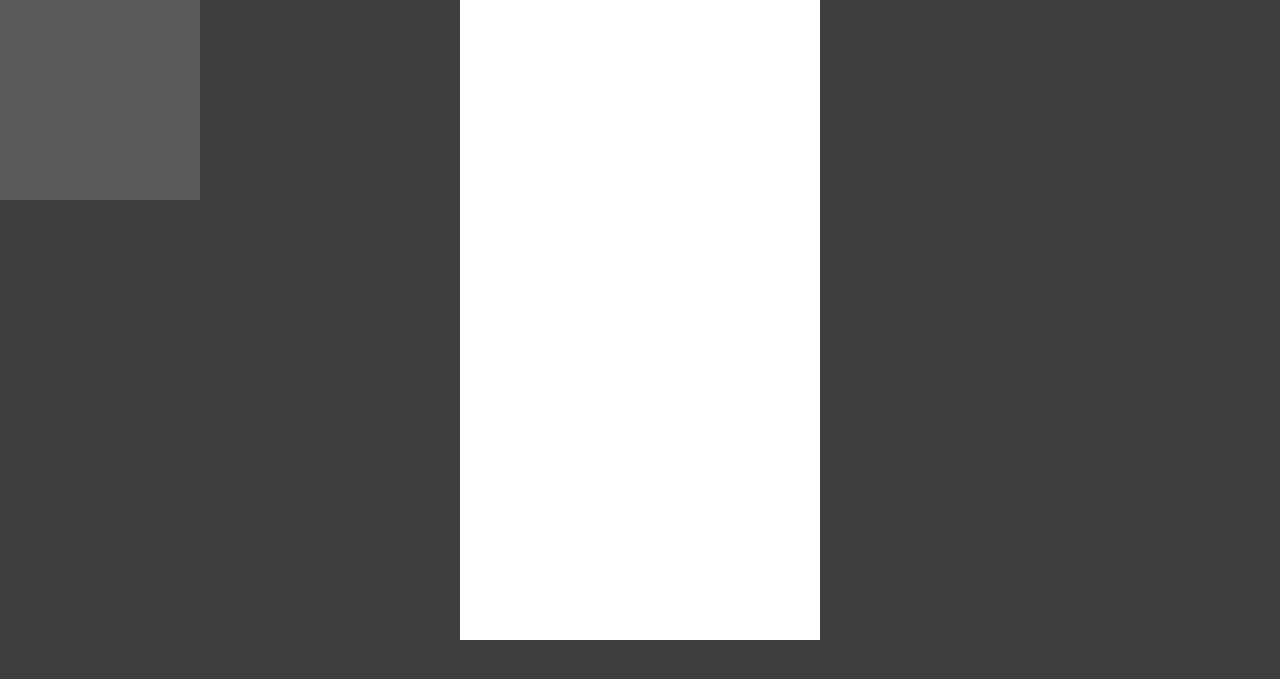
Repository: codebloxedu/galileo
Page: index.html
An editor plug-in stored every save of this project. The page is shown before and after the next save, followed by the edit.
The browser window is 1280 px wide. The pictures show the whole page.

Above is the page before, as saved 2022-07-04 17:05:09.

After the next save:
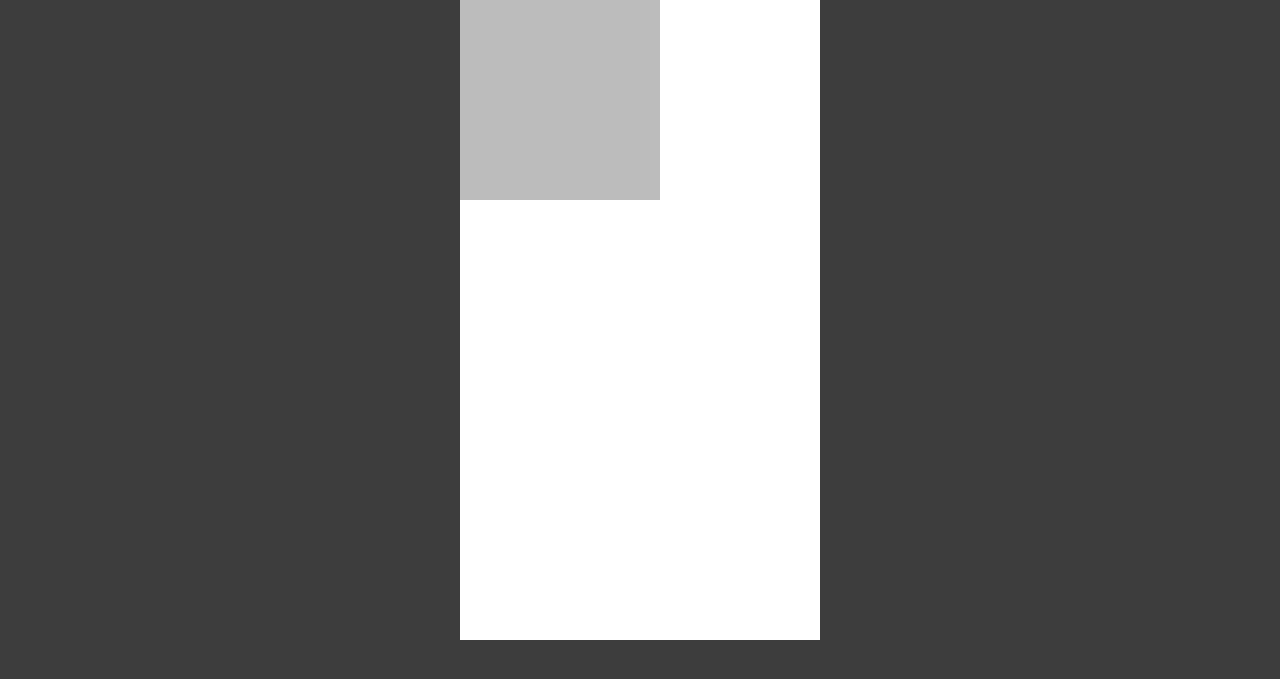
Saved 6 s later.
--- a/pages/newFile.js
+++ b/pages/newFile.js
@@ -11,5 +11,5 @@ let background = new Layer({
 background.centerX();
 
 let objek = new Layer({
-
+    parent: background
 })
